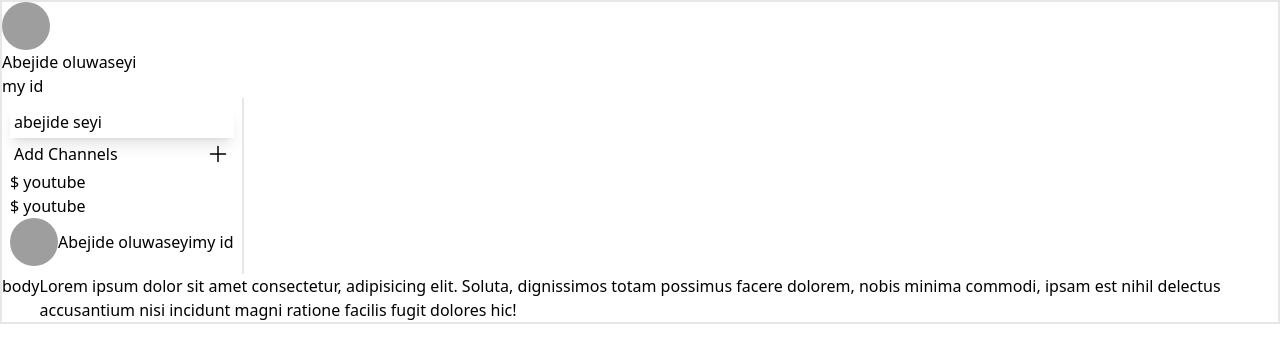
Repository: Semanmernstack/chat-mini
Page: /
The author's editor kept a copy of each file at every save. The page is drawn from the files as they stood at one save, then again after the next save.
The browser window is 1280 px wide. The pictures show the whole page.
Pictures or frames that could not be fetched are drawn as grey boxes. The project was rebuilt for these pictures with package versions that can differ from the ones it lists, and the page was loaded fresh each time. Also part of the build but not shown: src/features/counter/Counter.module.css, src/features/counter/Counter.js.

Above is the page before, as saved 2022-11-14 06:20:34.

### src/App.js
import React from 'react';
import logo from './logo.svg';
import { Counter } from './features/counter/Counter';
import Sidebar from './Sidebar';
import Body from './Body';


function App() {
  return (
    <div className="flex flex-col flex-1   max-w-screen-xl mx-auto border-2">

       <div className=" items-center sp">
            <img className="h-12 w-12 rounded-full"   src="https://cdn.pixabay.com/photo/2022/10/17/15/55/meditate-7528123__340.jpg" alt="img" />
            <h3>Abejide oluwaseyi</h3>
            <span>my id</span>
        </div>
      <div className="flex flex-[0.4]">
        <Sidebar/>
      </div>
      <div className="flex flex-[0.6]">
        <Body/>
      </div>
    </div>
  );
}

export default App;

### src/features/counter/counterSlice.js
import { createAsyncThunk, createSlice } from '@reduxjs/toolkit';
import { fetchCount } from './counterAPI';

const initialState = {
  value: 0,
  status: 'idle',
};

// The function below is called a thunk and allows us to perform async logic. It
// can be dispatched like a regular action: `dispatch(incrementAsync(10))`. This
// will call the thunk with the `dispatch` function as the first argument. Async
// code can then be executed and other actions can be dispatched. Thunks are
// typically used to make async requests.
export const incrementAsync = createAsyncThunk(
  'counter/fetchCount',
  async (amount) => {
    const response = await fetchCount(amount);
    // The value we return becomes the `fulfilled` action payload
    return response.data;
  }
);

export const counterSlice = createSlice({
  name: 'counter',
  initialState,
  // The `reducers` field lets us define reducers and generate associated actions
  reducers: {
    increment: (state) => {
      // Redux Toolkit allows us to write "mutating" logic in reducers. It
      // doesn't actually mutate the state because it uses the Immer library,
      // which detects changes to a "draft state" and produces a brand new
      // immutable state based off those changes
      state.value += 1;
    },
    decrement: (state) => {
      state.value -= 1;
    },
    // Use the PayloadAction type to declare the contents of `action.payload`
    incrementByAmount: (state, action) => {
      state.value += action.payload;
    },
  },
  // The `extraReducers` field lets the slice handle actions defined elsewhere,
  // including actions generated by createAsyncThunk or in other slices.
  extraReducers: (builder) => {
    builder
      .addCase(incrementAsync.pending, (state) => {
        state.status = 'loading';
      })
      .addCase(incrementAsync.fulfilled, (state, action) => {
        state.status = 'idle';
        state.value += action.payload;
      });
  },
});

export const { increment, decrement, incrementByAmount } = counterSlice.actions;

// The function below is called a selector and allows us to select a value from
// the state. Selectors can also be defined inline where they're used instead of
// in the slice file. For example: `useSelector((state: RootState) => state.counter.value)`
export const selectCount = (state) => state.counter.value;

// We can also write thunks by hand, which may contain both sync and async logic.
// Here's an example of conditionally dispatching actions based on current state.
export const incrementIfOdd = (amount) => (dispatch, getState) => {
  const currentValue = selectCount(getState());
  if (currentValue % 2 === 1) {
    dispatch(incrementByAmount(amount));
  }
};

export default counterSlice.reducer;

### src/Sidebar.js
import React from 'react'
import Sidebarlist from './app/Sidebarlist'

function Sidebar() {
  return (
    <div className="flex flex-col   border-r-2 p-2 ">
        <div   >
        <div className="shadow-lg p-1">
            <h1>abejide seyi</h1>
        </div>
        <div  className="flex p-1  flex-1  items-center justify-between">
           <h1>Add Channels</h1>
           <svg xmlns="http://www.w3.org/2000/svg" fill="none" viewBox="0 0 24 24" strokeWidth={1.5} stroke="currentColor" className="w-6 h-6">
                <path strokeLinecap="round" strokeLinejoin="round" d="M12 4.5v15m7.5-7.5h-15" />
            </svg>
        </div>
        <div  >
        <Sidebarlist/>
        <Sidebarlist/>


        </div>
        </div>
        <div className="flex items-center sp">
            <img className="h-12 w-12 rounded-full"   src="https://cdn.pixabay.com/photo/2022/10/17/15/55/meditate-7528123__340.jpg" alt="img" />
            <h3>Abejide oluwaseyi</h3>
            <span>my id</span>
        </div>

    </div>
  )
}

export default Sidebar

### src/Body.js
import React from 'react'

function Body() {
  return (
    <div className="flex ">
        <h1>body</h1>
        <h1>Lorem ipsum dolor sit amet consectetur, adipisicing elit. Soluta, dignissimos totam possimus facere dolorem, nobis minima commodi, ipsam est nihil delectus accusantium nisi incidunt magni ratione facilis fugit dolores hic!</h1>
    </div>
  )
}

export default Body

### src/app/Sidebarlist.js
import React from 'react'

function Sidebarlist() {
  return (
    <div className="flex items-center justify-between">
        <h2>
         $   <span>youtube</span>
        </h2>
    </div>
  )
}

export default Sidebarlist

Loaded but not shown: public/index.html (common file); src/index.js (common file); src/app/store.js (common file); src/reportWebVitals.js (common file); src/index.css (common file); src/features/counter/counterAPI.js (common file); tailwind.config.js (common file)

After the next save:
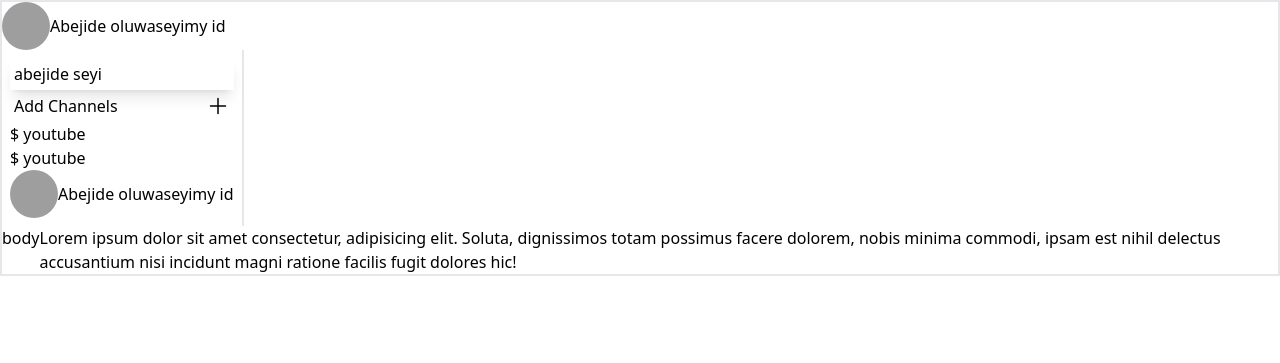
Saved 29 s later.
--- a/src/App.js
+++ b/src/App.js
@@ -9,7 +9,7 @@ function App() {
   return (
     <div className="flex flex-col flex-1   max-w-screen-xl mx-auto border-2">
 
-       <div className=" items-center sp">
+       <div className=" flex items-center sp">
             <img className="h-12 w-12 rounded-full"   src="https://cdn.pixabay.com/photo/2022/10/17/15/55/meditate-7528123__340.jpg" alt="img" />
             <h3>Abejide oluwaseyi</h3>
             <span>my id</span>
